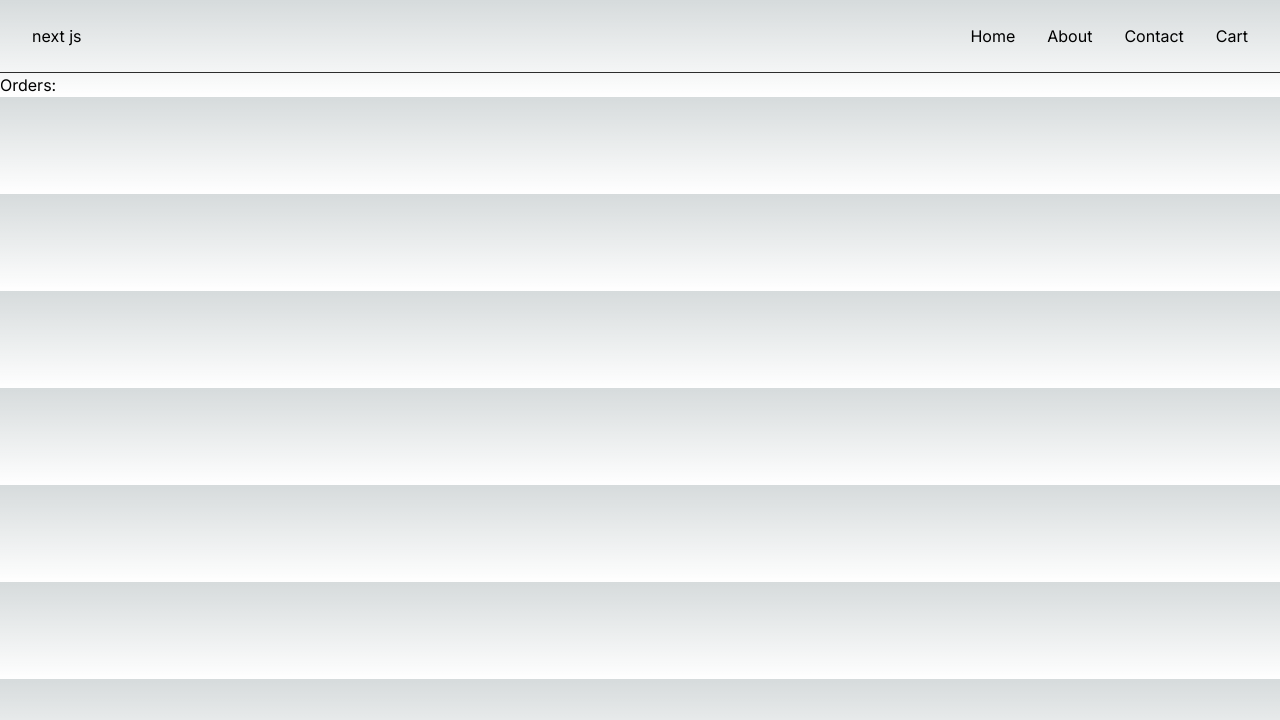
Repository: VilokMasuti/Nextjs-practice
Page: /order
An editor plug-in stored every save of this project. The page is shown before and after the next save, followed by the edit.
The browser window is 1280 px wide. The pictures show the whole page.
The project was rebuilt for these pictures with package versions that can differ from the ones it lists, and the page was loaded fresh each time. The framework's server and built-in components were replaced by stand-ins that run in the browser. Also part of the build but not shown: next.config.mjs.

Above is the page before, as saved 2024-03-03 21:25:46.

After the next save:
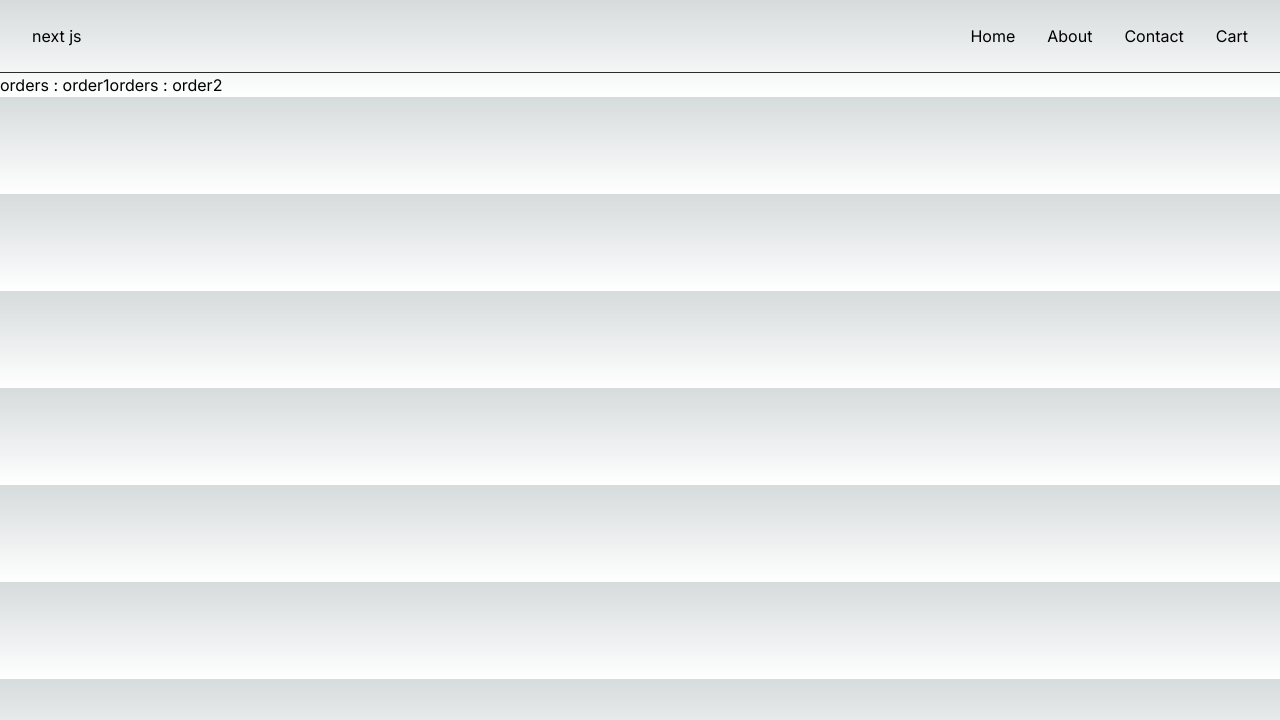
Saved 107 s later.
--- a/app/(dashbord)/order/page.tsx
+++ b/app/(dashbord)/order/page.tsx
@@ -1,5 +1,12 @@
-const Order = ({ params }) => {
-  return <div>Orders: {params.name}</div>;
+import Link from "next/link";
+
+const Order = () => {
+  return (
+    <main>
+      orders :<Link href="order/order1"> order1</Link>
+      orders :<Link href="order/order2"> order2 </Link>
+    </main>
+  );
 };
 
 export default Order;
